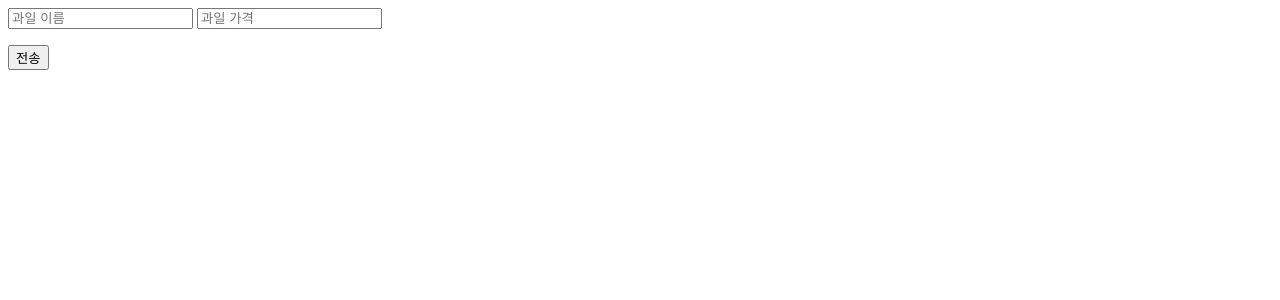
Repository: mingzzang666/study-jsp
Page: http://localhost/a-intro/ex03.jsp
These files come from the project's save history. The page is drawn as it stood at one moment and after the next save; the edit follows.
The browser window is 1280 px wide. The pictures show the whole page.
The page is served by Tomcat 10. Other server files are loaded and not shown.

Above is the page before, as saved 2025-07-28 03:29:35.

### workspace/a-intro/src/main/webapp/ex03.jsp
<%@ page language="java" contentType="text/html; charset=UTF-8"
    pageEncoding="UTF-8"%>
<!DOCTYPE html>
<html>
<head>
<meta charset="UTF-8">
<title>Ex03</title>
</head>
<body>
   <form action="ex03" method="post" name="fruitInfoForm">
   <input type="text" name="fruitName" placeholder="과일 이름">
   <input type="text" name="fruitPrice" placeholder="과일 가격">
      <p id="name-message"></p>
      <input type="button" value="전송">
   </form>
</body>
</html>

After the next save:
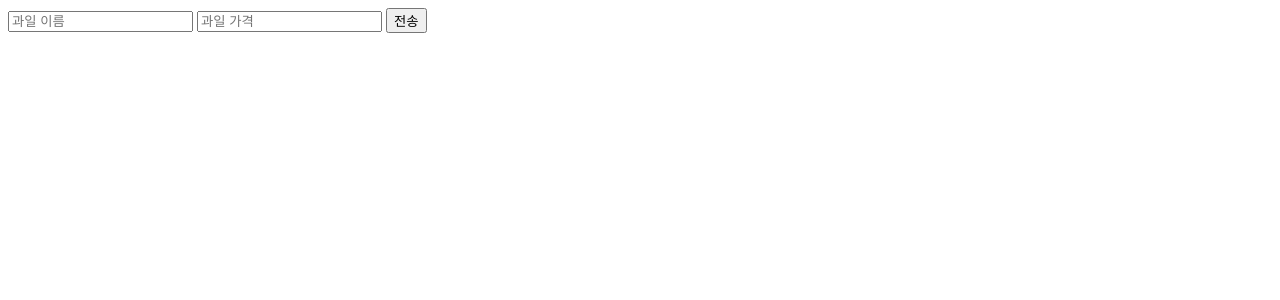
Saved 4 s later.
--- a/workspace/a-intro/src/main/webapp/ex03.jsp
+++ b/workspace/a-intro/src/main/webapp/ex03.jsp
@@ -10,7 +10,6 @@
    <form action="ex03" method="post" name="fruitInfoForm">
    <input type="text" name="fruitName" placeholder="과일 이름">
    <input type="text" name="fruitPrice" placeholder="과일 가격">
-      <p id="name-message"></p>
       <input type="button" value="전송">
    </form>
 </body>
